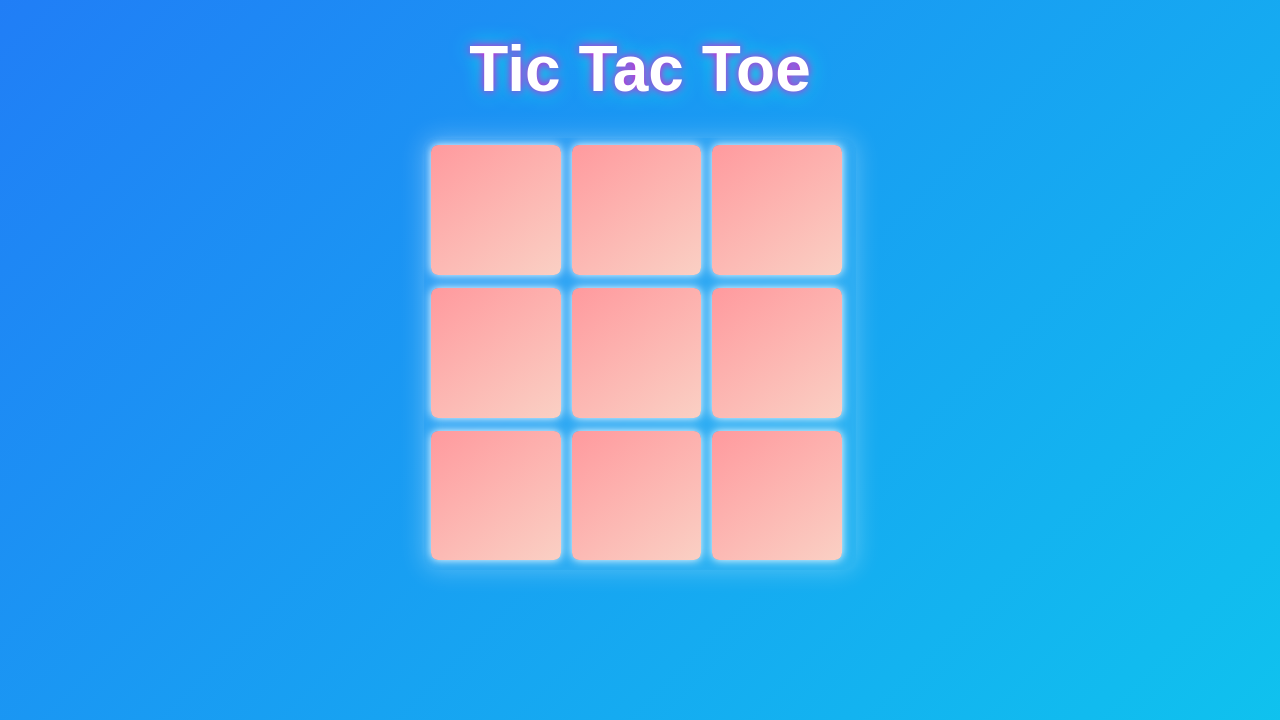
Repository: AreezAnsari/Tic-Tac-Toe
Page: Game/Game.html
These files come from the project's save history. The page is drawn as it stood at one moment and after the next save; the edit follows.
The browser window is 1280 px wide. The pictures show the whole page.

Above is the page before, as saved 2025-07-22 06:42:36.
Console error: TypeError: box.addEventListener is not a function

### Game/Game.html
<!DOCTYPE html>
<html lang="en">
<head>
    <meta charset="UTF-8">
    <meta name="viewport" content="width=device-width, initial-scale=1.0">
    <title>Document</title>
    <link rel="stylesheet" href="Game.css">
</head>
<body>

    <div class="msg-container hide">
        <p class="msg">Winner</p>
        <button class="new-btn">New Game</button>
    </div>
    <main>
        <h1>Tic Tac Toe</h1>
    <div class="container">
        <div class="game">
        <button class="box"></button>
        <button class="box"></button>
        <button class="box"></button>
        <button class="box"></button>
        <button class="box"></button>
        <button class="box"></button>
        <button class="box"></button>
        <button class="box"></button>
        <button class="box"></button>
        </div>
        </div>
        <button class="reset-btn hide">Reset</button>
    </main>
    <script src="Game.js"></script>
</body>
</html>

### Game/Game.css
* {
  margin: 0;
  padding: 0;
  box-sizing: border-box;
  font-family: 'Orbitron', sans-serif;
}

body {
  background: linear-gradient(135deg, #ff00cc, #3333ff, #00ffe7);
  background-size: 600% 600%;
  animation: gradientShift 10s ease infinite;
  color: #fff;
  text-align: center;
  min-height: 100vh;
  display: flex;
  flex-direction: column;
  align-items: center;
}

@keyframes gradientShift {
  0% { background-position: 0% 50%; }
  50% { background-position: 100% 50%; }
  100% { background-position: 0% 50%; }
}

h1 {
  font-size: 4rem;
  margin: 2rem 0;
  color: #fff;
  text-shadow: 0 0 10px #ff00cc, 0 0 20px #00ffe7;
}

.container {
  display: flex;
  justify-content: center;
  align-items: center;
  height: 60vh;
}

.game {
  display: flex;
  flex-wrap: wrap;
  width: 60vmin;
  height: 60vmin;
  gap: 1.5vmin;
  padding: 1vmin;
  background: rgba(255, 255, 255, 0.1);
  border-radius: 2vmin;
  backdrop-filter: blur(8px);
  box-shadow: 0 0 25px rgba(255, 255, 255, 0.3);
}

.box {
  width: 18vmin;
  height: 18vmin;
  font-size: 4rem;
  font-weight: bold;
  border: none;
  border-radius: 1vmin;
  background: linear-gradient(145deg, #ff9a9e, #fad0c4);
  color: #2e2e2e;
  box-shadow: 0 0 10px #fff;
  transition: all 0.25s ease-in-out;
  cursor: pointer;
}

.box:hover {
  background: linear-gradient(145deg, #a1c4fd, #c2e9fb);
  transform: scale(1.05);
  color: #000;
  box-shadow: 0 0 15px #fff, 0 0 25px #ff00cc;
}

.box:active {
  transform: scale(0.95);
}

.reset-btn,
.new-btn {
  margin: 1rem;
  padding: 1rem;
  font-size: 1.2rem;
  font-weight: bold;
  background: linear-gradient(45deg, #00dbde, #fc00ff);
  color: #fff;
  border: none;
  border-radius: 2vmin;
  cursor: pointer;
  transition: all 0.3s ease-in-out;
  box-shadow: 0 0 15px #fff;
  width: 20vmin;
}

.reset-btn:hover,
.new-btn:hover {
  background: linear-gradient(45deg, #fc466b, #3f5efb);
  box-shadow: 0 0 25px #fff;
  transform: scale(1.05);
}

.reset-btn:active,
.new-btn:active {
  transform: scale(0.95);
}

.msg {
  font-size: 6vmin;
  color: #fff;
  margin-top: 2rem;
  text-shadow: 0 0 20px #ff00cc, 0 0 30px #00ffe7;
}

.msg-container {
  height: 10vmin;
}

.hide {
  display: none;
}

### Game/Game.js
let box = document.querySelectorAll(".box");
let button = document.querySelector("button");
let container = document.querySelector(".container");

let value = "X";

const btn = () => {
  if (value === "X") {
    button.innerHTML = "Y";
    Value = "Y";
  } else {
    button.innerText = "X";
    Value = "X";
  }
};

box.addEventListener("click", btn);

After the next save:
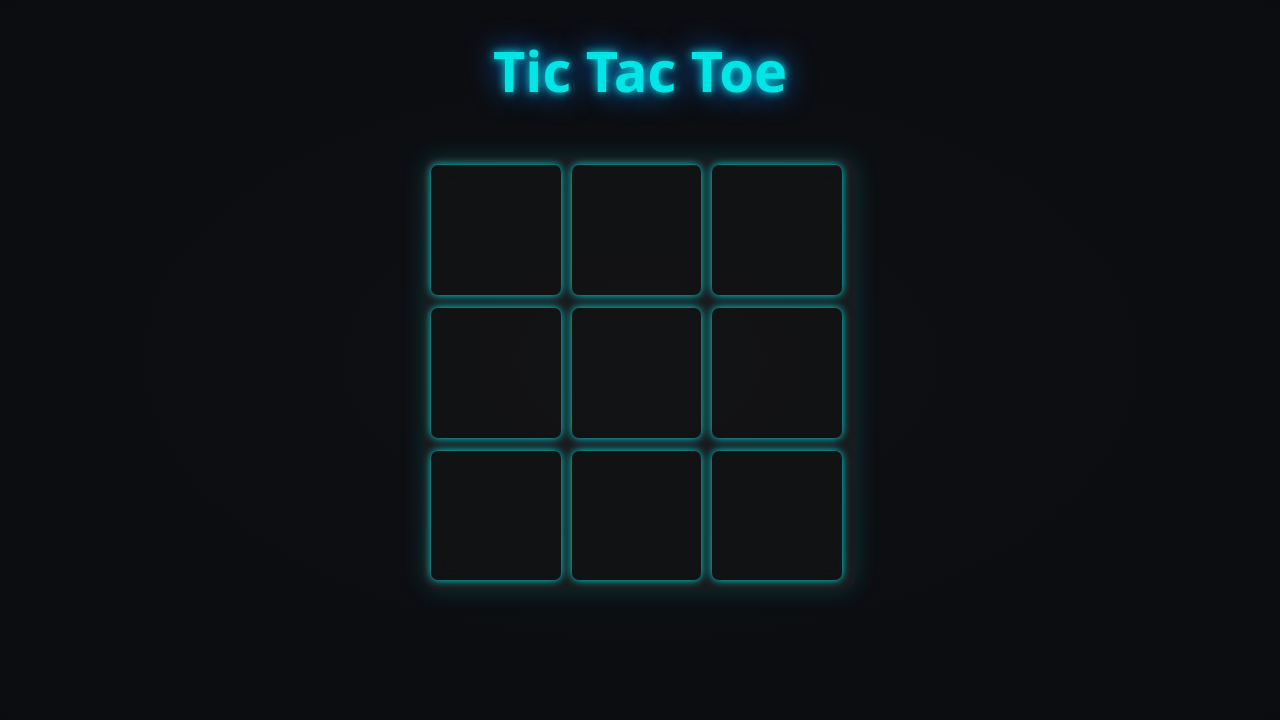
Saved 82 s later.
--- a/Game/Game.css
+++ b/Game/Game.css
@@ -2,39 +2,32 @@
   margin: 0;
   padding: 0;
   box-sizing: border-box;
-  font-family: 'Orbitron', sans-serif;
+  font-family: 'Segoe UI', 'Orbitron', sans-serif;
 }
 
 body {
-  background: linear-gradient(135deg, #ff00cc, #3333ff, #00ffe7);
-  background-size: 600% 600%;
-  animation: gradientShift 10s ease infinite;
-  color: #fff;
+  background: radial-gradient(ellipse at center, #0e1013 0%, #0b0c10 100%);
+  color: #e0e0e0;
   text-align: center;
   min-height: 100vh;
   display: flex;
   flex-direction: column;
   align-items: center;
-}
-
-@keyframes gradientShift {
-  0% { background-position: 0% 50%; }
-  50% { background-position: 100% 50%; }
-  100% { background-position: 0% 50%; }
+  padding: 2rem;
 }
 
 h1 {
-  font-size: 4rem;
-  margin: 2rem 0;
-  color: #fff;
-  text-shadow: 0 0 10px #ff00cc, 0 0 20px #00ffe7;
+  font-size: 3.5rem;
+  margin-bottom: 2rem;
+  color: #00e6e6;
+  text-shadow: 0 0 10px #00e6e6, 0 0 30px #007bff;
 }
 
 .container {
   display: flex;
   justify-content: center;
   align-items: center;
-  height: 60vh;
+  height: 65vh;
 }
 
 .game {
@@ -44,31 +37,31 @@
   height: 60vmin;
   gap: 1.5vmin;
   padding: 1vmin;
-  background: rgba(255, 255, 255, 0.1);
+  background: rgba(255, 255, 255, 0.05);
   border-radius: 2vmin;
-  backdrop-filter: blur(8px);
-  box-shadow: 0 0 25px rgba(255, 255, 255, 0.3);
+  backdrop-filter: blur(12px);
+  box-shadow: 0 0 25px rgba(0, 255, 255, 0.15);
 }
 
 .box {
   width: 18vmin;
   height: 18vmin;
   font-size: 4rem;
-  font-weight: bold;
+  font-weight: 700;
   border: none;
   border-radius: 1vmin;
-  background: linear-gradient(145deg, #ff9a9e, #fad0c4);
-  color: #2e2e2e;
-  box-shadow: 0 0 10px #fff;
-  transition: all 0.25s ease-in-out;
+  background: rgba(0, 0, 0, 0.3);
+  color: #ffffff;
+  box-shadow: 0 0 8px #00e6e6;
+  transition: all 0.2s ease-in-out;
   cursor: pointer;
 }
 
 .box:hover {
-  background: linear-gradient(145deg, #a1c4fd, #c2e9fb);
-  transform: scale(1.05);
-  color: #000;
-  box-shadow: 0 0 15px #fff, 0 0 25px #ff00cc;
+  background: rgba(0, 255, 255, 0.15);
+  color: #00ffff;
+  transform: translateY(-3px);
+  box-shadow: 0 0 15px #00ffff, 0 0 30px #00e6e6;
 }
 
 .box:active {
@@ -80,38 +73,40 @@
   margin: 1rem;
   padding: 1rem;
   font-size: 1.2rem;
-  font-weight: bold;
-  background: linear-gradient(45deg, #00dbde, #fc00ff);
-  color: #fff;
-  border: none;
-  border-radius: 2vmin;
+  font-weight: 600;
+  background: rgba(0, 0, 0, 0.6);
+  color: #00e6e6;
+  border: 1px solid #00e6e6;
+  border-radius: 1vmin;
   cursor: pointer;
   transition: all 0.3s ease-in-out;
-  box-shadow: 0 0 15px #fff;
   width: 20vmin;
+  backdrop-filter: blur(6px);
+  box-shadow: 0 0 12px rgba(0, 255, 255, 0.2);
 }
 
 .reset-btn:hover,
 .new-btn:hover {
-  background: linear-gradient(45deg, #fc466b, #3f5efb);
-  box-shadow: 0 0 25px #fff;
-  transform: scale(1.05);
+  background: rgba(0, 255, 255, 0.1);
+  color: #ffffff;
+  box-shadow: 0 0 20px #00e6e6, 0 0 40px #007bff;
+  transform: translateY(-2px);
 }
 
 .reset-btn:active,
 .new-btn:active {
-  transform: scale(0.95);
+  transform: scale(0.97);
 }
 
 .msg {
-  font-size: 6vmin;
-  color: #fff;
+  font-size: 5.5vmin;
+  color: #00e6e6;
   margin-top: 2rem;
-  text-shadow: 0 0 20px #ff00cc, 0 0 30px #00ffe7;
+  text-shadow: 0 0 15px #00e6e6, 0 0 30px #007bff;
 }
 
 .msg-container {
-  height: 10vmin;
+  height: 12vmin;
 }
 
 .hide {
